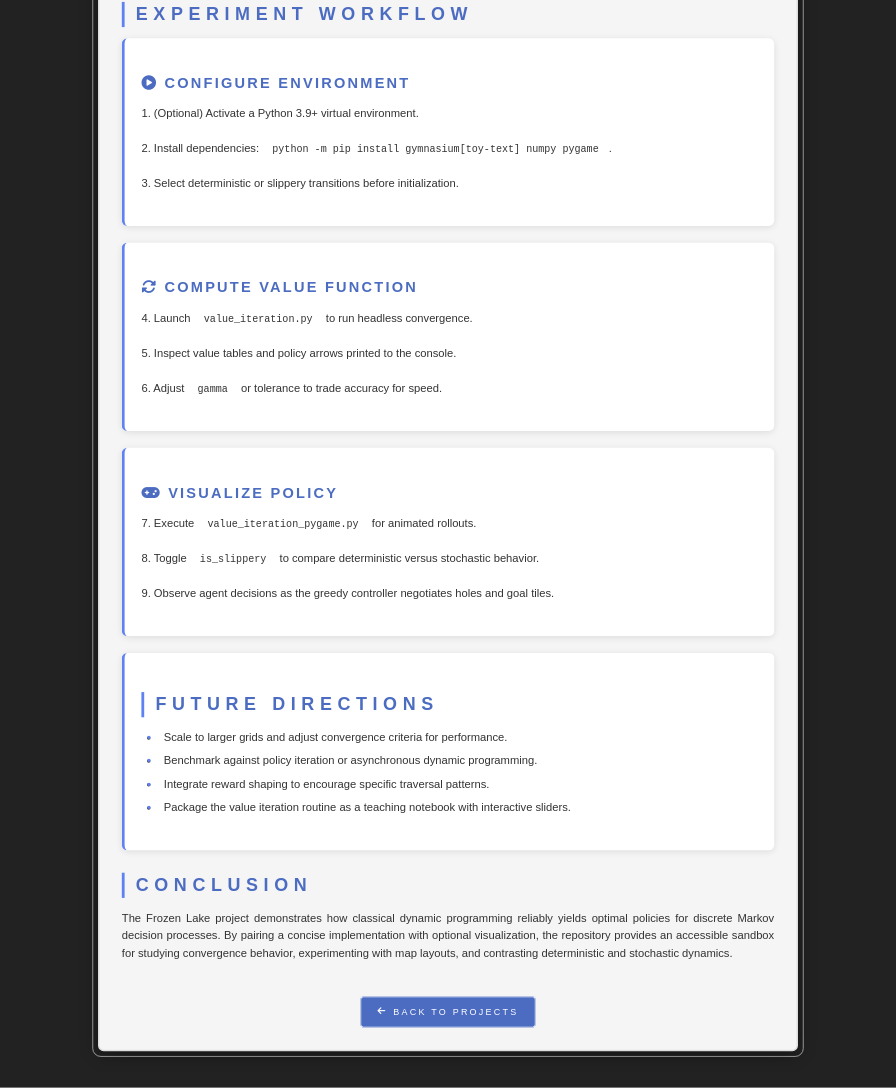
Repository: bk-poudel/bk-poudel.github.io
Page: projects/value_iteration_frozen_lake.html
The author's editor kept a copy of each file at every save. The page is drawn from the files as they stood at one save, then again after the next save.
The browser window is 1280 px wide. The pictures show the part of the page from y = 2064 to 3984 px (the page is 3618 px tall before and 3984 px after), at 70% of full size.

Above is the page before, as saved 2025-12-28 12:23:25.

After the next save:
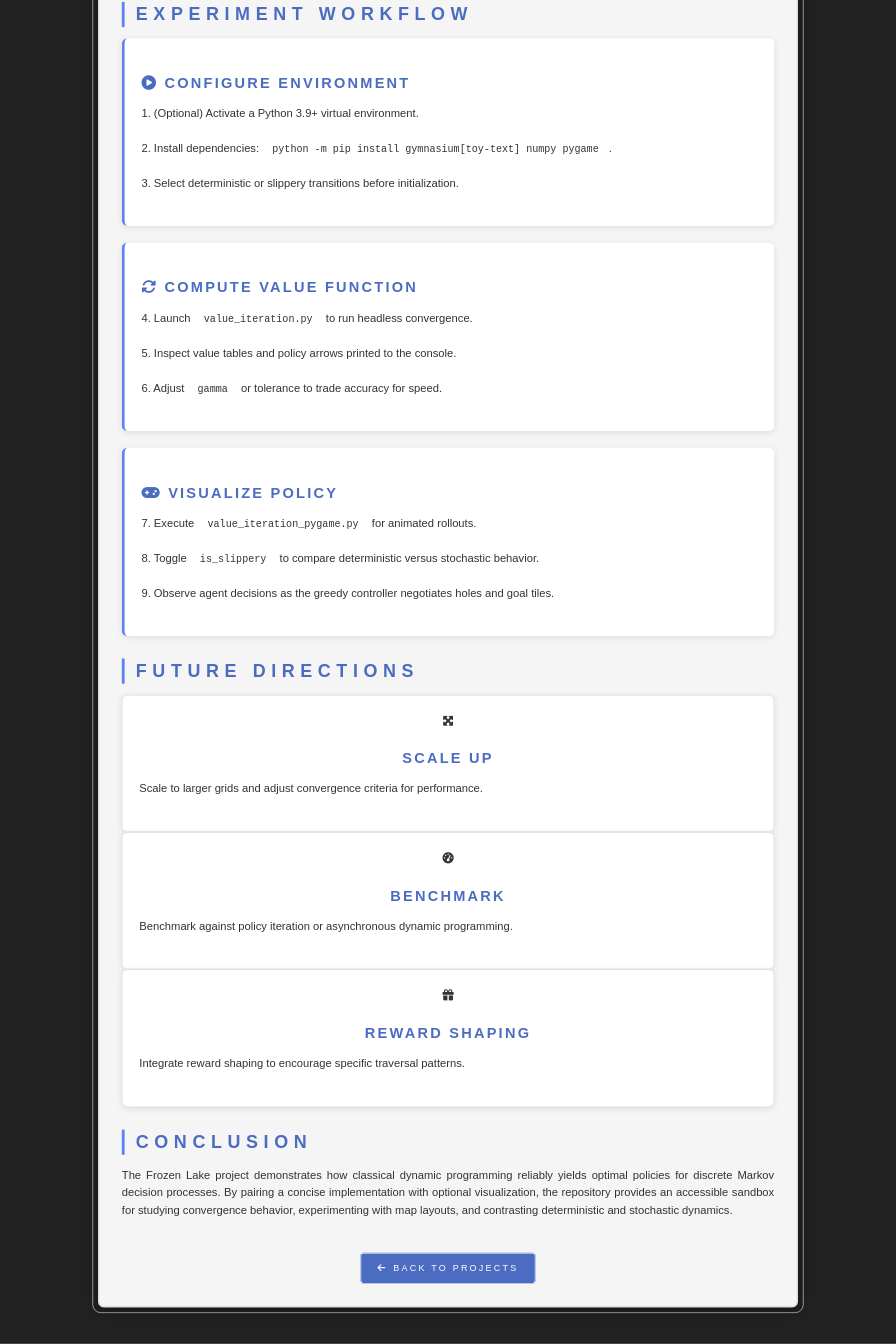
Saved 7 s later.
--- a/projects/value_iteration_frozen_lake.html
+++ b/projects/value_iteration_frozen_lake.html
@@ -320,14 +320,25 @@ HFFG</pre>
                 <p>9. Observe agent decisions as the greedy controller negotiates holes and goal tiles.</p>
             </div>
         </div>
-        <div class="methodology-item">
+        <div class="impact">
             <h2>Future Directions</h2>
-            <ul>
-                <li>Scale to larger grids and adjust convergence criteria for performance.</li>
-                <li>Benchmark against policy iteration or asynchronous dynamic programming.</li>
-                <li>Integrate reward shaping to encourage specific traversal patterns.</li>
-                <li>Package the value iteration routine as a teaching notebook with interactive sliders.</li>
-            </ul>
+            <div class="impact-points">
+                <div class="impact-point">
+                    <i class="fas fa-expand-arrows-alt"></i>
+                    <h3>Scale Up</h3>
+                    <p>Scale to larger grids and adjust convergence criteria for performance.</p>
+                </div>
+                <div class="impact-point">
+                    <i class="fas fa-tachometer-alt"></i>
+                    <h3>Benchmark</h3>
+                    <p>Benchmark against policy iteration or asynchronous dynamic programming.</p>
+                </div>
+                <div class="impact-point">
+                    <i class="fas fa-gift"></i>
+                    <h3>Reward Shaping</h3>
+                    <p>Integrate reward shaping to encourage specific traversal patterns.</p>
+                </div>
+            </div>
         </div>
         <div class="conclusion">
             <h2>Conclusion</h2>
